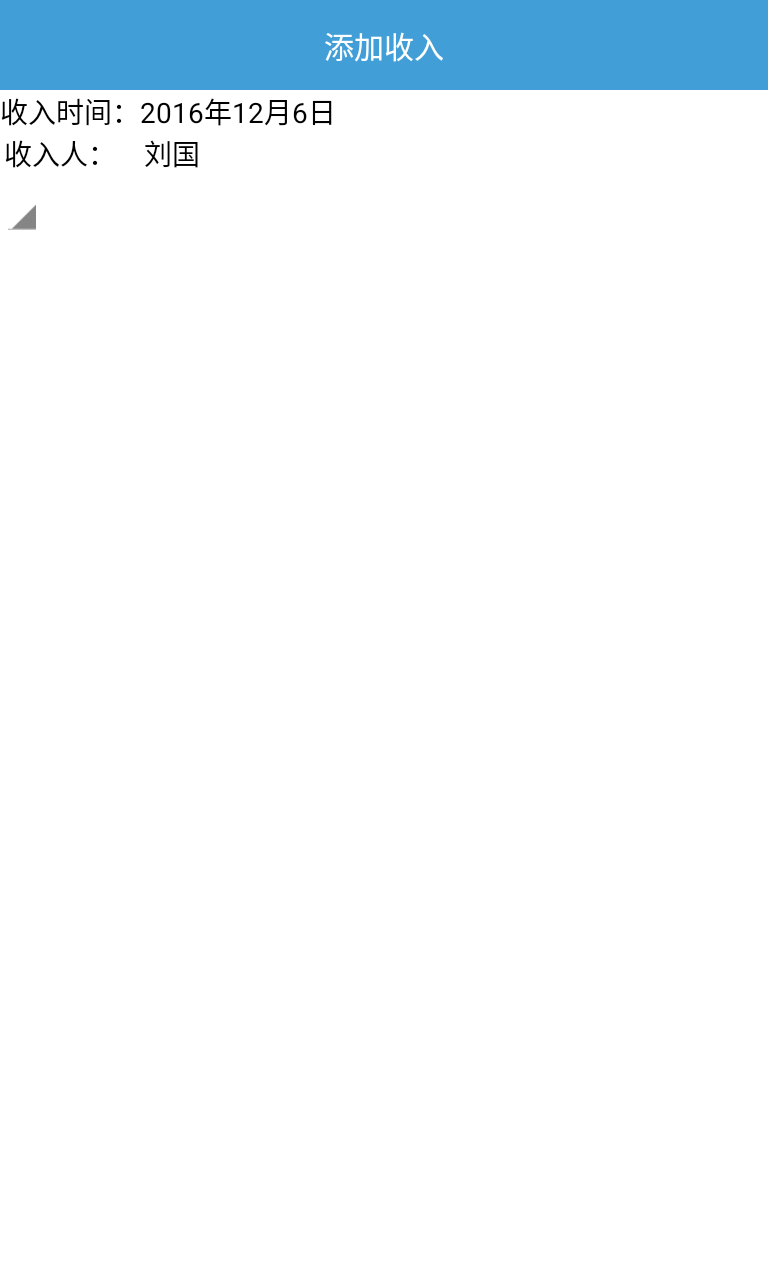
Repository: MySixGad/MyBill
Layout: Bill/Bill/res/layout/activity_inset_in_rmb.xml
The author's editor kept a copy of each file at every save. The layout is drawn from the files as they stood at one save, then again after the next save.
It is drawn on a 768 x 1280 px phone screen (xhdpi) without system bars, with theme AppTheme; the app's code is not run.

Above is the layout before, as saved 2016-12-09 10:16:40.

After the next save:
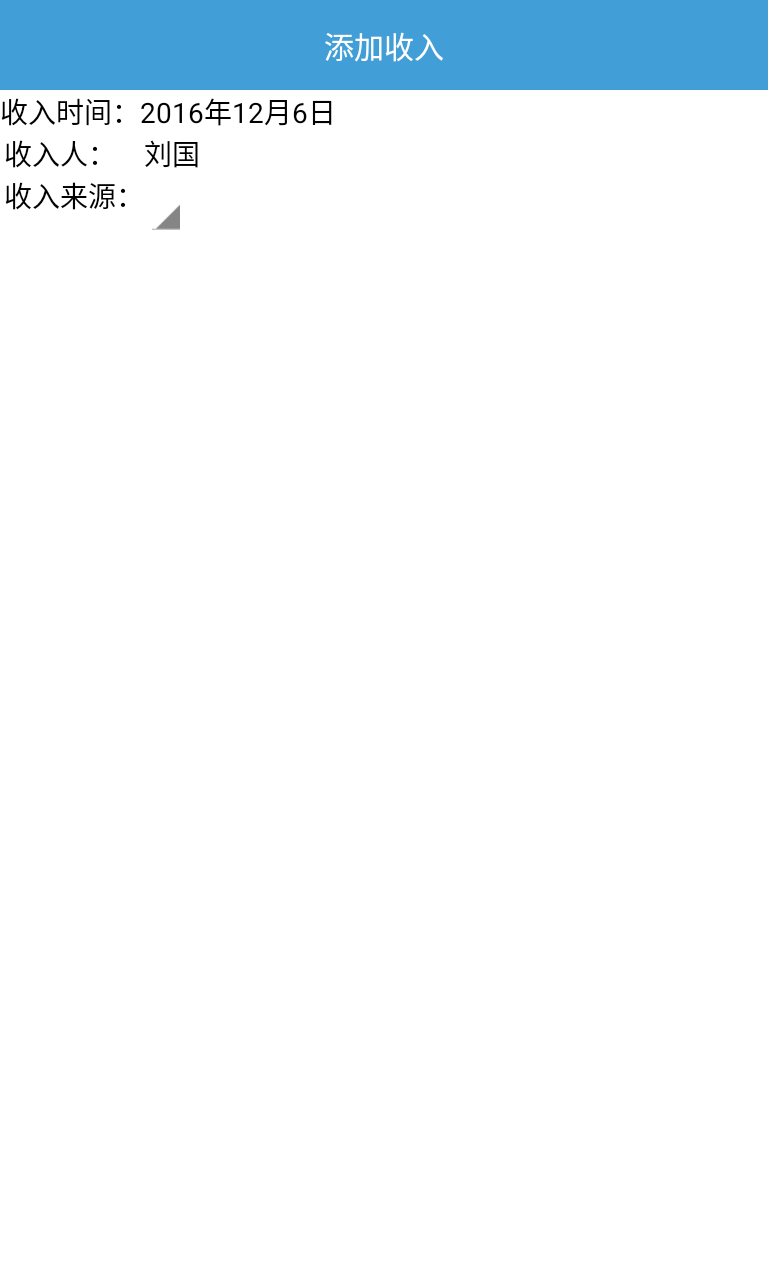
Saved 113 s later.
--- a/Bill/Bill/res/layout/activity_inset_in_rmb.xml
+++ b/Bill/Bill/res/layout/activity_inset_in_rmb.xml
@@ -53,9 +53,26 @@
             android:textColor="#000" />
     </LinearLayout>
 
-    <Spinner
+    <LinearLayout
+        android:layout_width="match_parent"
+        android:layout_height="wrap_content"
+        android:layout_marginLeft="2dp"
+        android:orientation="horizontal" >
+
+        <TextView
+             android:gravity="center"
+            android:id="@+id/textView2"
+            android:layout_width="wrap_content"
+            android:layout_height="wrap_content"
+            android:text="收入来源："
+            android:textColor="#000" />
+
+      <Spinner
         android:id="@+id/si_1"
+
         android:layout_width="wrap_content"
         android:layout_height="wrap_content" />
+    </LinearLayout>
+
 
 </LinearLayout>
